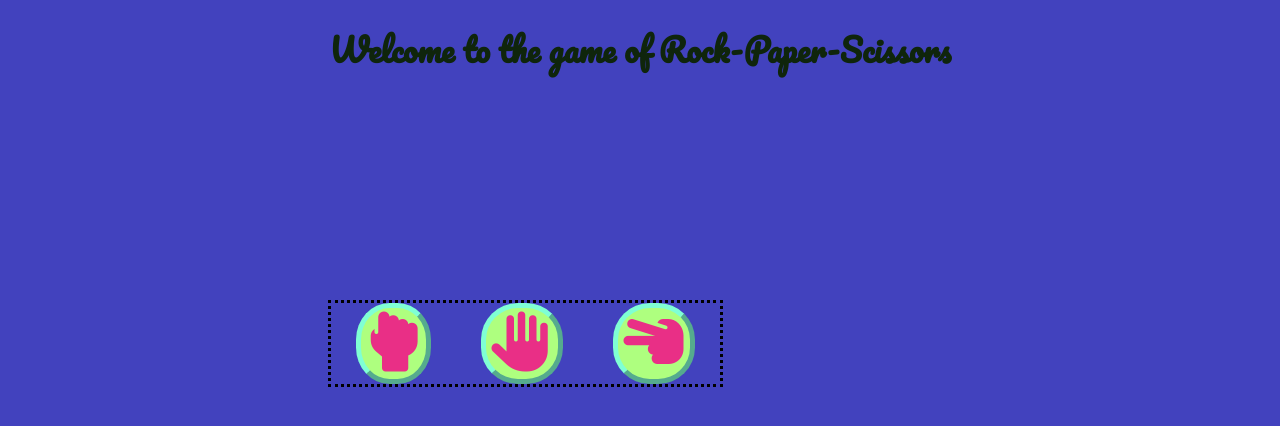
Repository: 0101chaitanya/Rock-Paper-Scissors
Page: index.html
The author's editor kept a copy of each file at every save. The page is drawn from the files as they stood at one save, then again after the next save.
The browser window is 1280 px wide. The pictures show the whole page.
Some web libraries are served in a nearby version.

Above is the page before, as saved 2021-05-14 19:12:00.
Not found: linkk.js

After the next save:
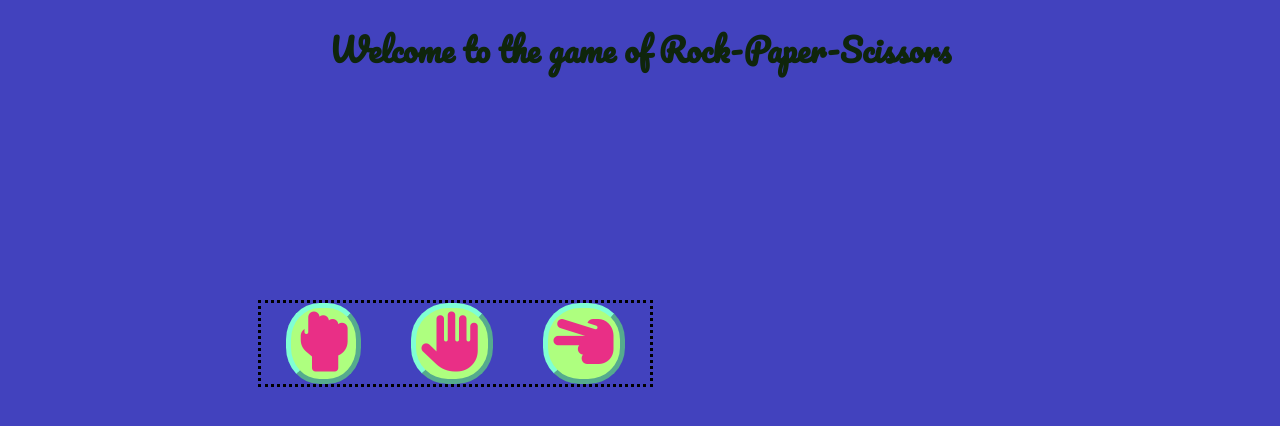
Saved 20 s later.
--- a/style.css
+++ b/style.css
@@ -16,7 +16,7 @@ justify-content:center;
 position: fixed;
 top: 300px;
 align-content: center;
-margin-left: 25vw;
+margin-left: 250px;
 margin-right: 10vw;
 
 
